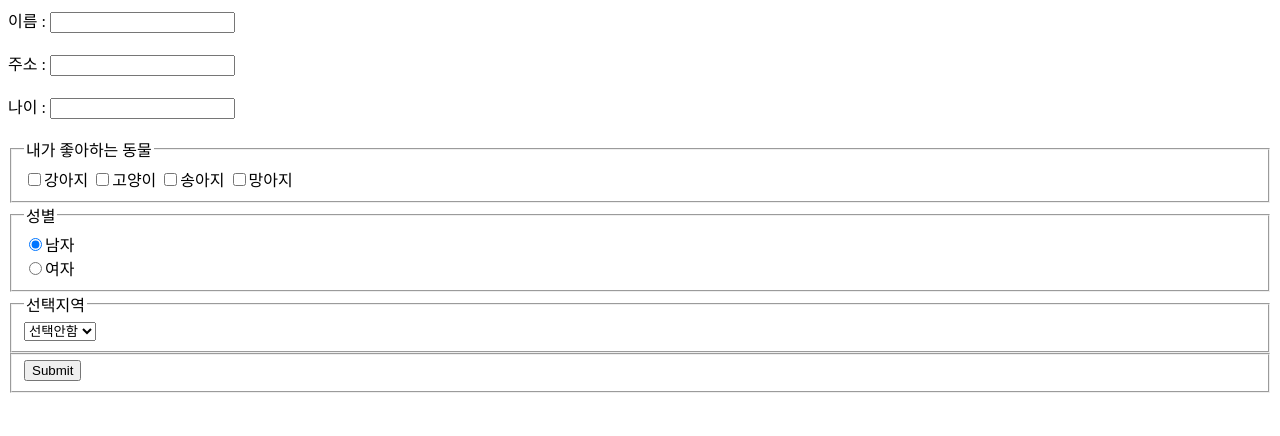
Repository: Show-And-Prove/jsp
Page: practice01/WebContent/input.html
These files come from the project's save history. The page is drawn as it stood at one moment and after the next save; the edit follows.
The browser window is 1280 px wide. The pictures show the whole page.

Above is the page before, as saved 2022-10-17 07:55:25.

After the next save:
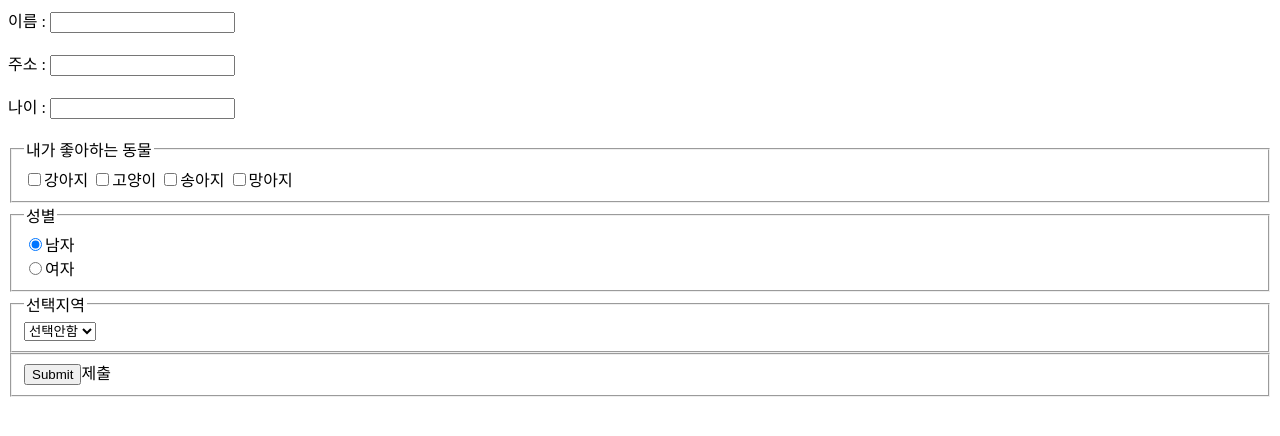
Saved 52 s later.
--- a/practice01/WebContent/input.html
+++ b/practice01/WebContent/input.html
@@ -32,7 +32,7 @@
 		</select>
 	</fieldset>
 	<fieldset>
-		<input type="submit">
+		<input type="submit">제출
 
 	</fieldset>
 
